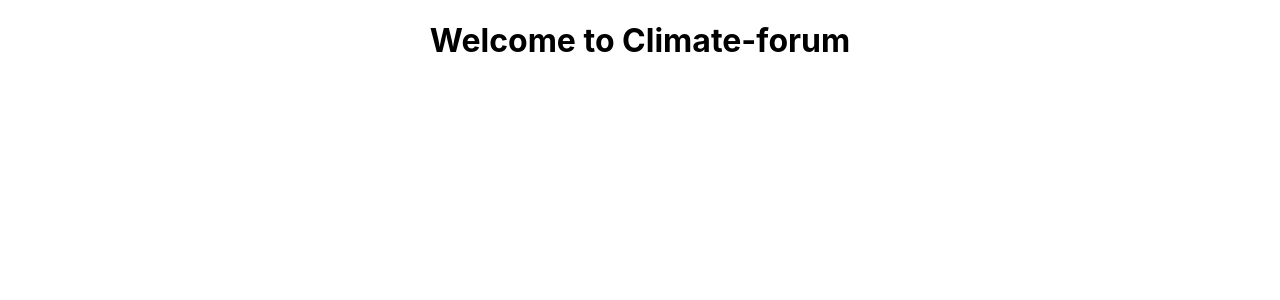
Repository: nj10deadend/mern-app-w-gql
Page: /login (app in client/climate-forum/)
The author's editor kept a copy of each file at every save. The page is drawn from the files as they stood at one save, then again after the next save.
The browser window is 1280 px wide. The pictures show the whole page.
The project was rebuilt for these pictures with package versions that can differ from the ones it lists, and the page was loaded fresh each time.

Above is the page before, as saved 2022-01-11 23:33:05.

### client/climate-forum/public/index.html
<!DOCTYPE html>
<html lang="en">
  <head>
    <meta charset="utf-8" />
    <link rel="icon" href="%PUBLIC_URL%/favicon.ico" />
    <meta name="viewport" content="width=device-width, initial-scale=1" />
    <meta name="theme-color" content="#000000" />
    <meta
      name="description"
      content="Web site created using create-react-app"
    />
    <link rel="apple-touch-icon" href="%PUBLIC_URL%/logo192.png" />
    <!--
      manifest.json provides metadata used when your web app is installed on a
      user's mobile device or desktop. See https://developers.google.com/web/fundamentals/web-app-manifest/
    -->
    <link rel="manifest" href="%PUBLIC_URL%/manifest.json" />
    <!--
      Notice the use of %PUBLIC_URL% in the tags above.
      It will be replaced with the URL of the `public` folder during the build.
      Only files inside the `public` folder can be referenced from the HTML.

      Unlike "/favicon.ico" or "favicon.ico", "%PUBLIC_URL%/favicon.ico" will
      work correctly both with client-side routing and a non-root public URL.
      Learn how to configure a non-root public URL by running `npm run build`.
    -->
    <title>Climate forum</title>
  </head>
  <body>
    <noscript>You need to enable JavaScript to run this app.</noscript>
    <div id="root"></div>
    <!--
      This HTML file is a template.
      If you open it directly in the browser, you will see an empty page.

      You can add webfonts, meta tags, or analytics to this file.
      The build step will place the bundled scripts into the <body> tag.

      To begin the development, run `npm start` or `yarn start`.
      To create a production bundle, use `npm run build` or `yarn build`.
    -->
  </body>
</html>

### client/climate-forum/src/index.js
import ReactDOM from 'react-dom';
import ApolloProviderHub from './ApolloProvider';
import './index.css';
// import App from './App';
import reportWebVitals from './reportWebVitals';

// Moved React.StrictMode to ApolloProvider componenet
ReactDOM.render(<ApolloProviderHub />, document.getElementById('root'));

// If you want to start measuring performance in your app, pass a function
// to log results (for example: reportWebVitals(console.log))
// or send to an analytics endpoint. Learn more: https://bit.ly/CRA-vitals
reportWebVitals();

### client/climate-forum/src/ApolloProvider.js
import App from './App';
import React from 'react';
import { ApolloClient, InMemoryCache, ApolloProvider, useQuery, gql} from "@apollo/client";


const client = new ApolloClient({
    uri: 'http://localhost:5000/',
    cache: new InMemoryCache()
});

function ApolloProviderHub() {
    return (
        <React.StrictMode>
            <ApolloProvider client={client}>
                <App />
            </ApolloProvider>
        </React.StrictMode>
    )
}

export default ApolloProviderHub;

### client/climate-forum/src/App.js
import './App.css';
import Home from './Home';

function App() {
  return (

    <Home />

  );
}

export default App;

### client/climate-forum/src/Home.js
import { BrowserRouter } from 'react-router-dom';
import { Route, Routes} from 'react-router-dom';

import Login from './components/Login';
import Registration from './components/Registration';

function Home () {
    return (
        <div className="App">
            <h1>Welcome to Climate-forum</h1>
            <BrowserRouter>
                <Routes>
                    <Route path="/login" element={<Login />} />
                    <Route path="/register" element={<Registration />} />
                </Routes>

            </BrowserRouter>
        </div>
    )
}

export default Home;

### client/climate-forum/src/components/Login.js
function Login () {
    return (
        <div>

        </div>
    )
}

export default Login;

Loaded but not shown: client/climate-forum/src/index.css (common file); client/climate-forum/src/reportWebVitals.js (common file); client/climate-forum/src/App.css (common file); client/climate-forum/src/components/Registration.js (no stored copy; drawn as an empty file)

After the next save:
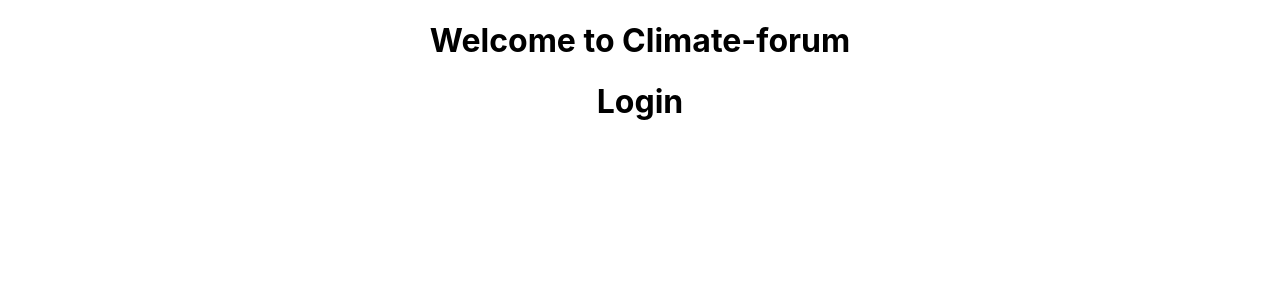
Saved 89 s later.
--- a/client/climate-forum/src/components/Login.js
+++ b/client/climate-forum/src/components/Login.js
@@ -1,7 +1,7 @@
 function Login () {
     return (
         <div>
-
+            <h1>Login</h1>
         </div>
     )
 }
